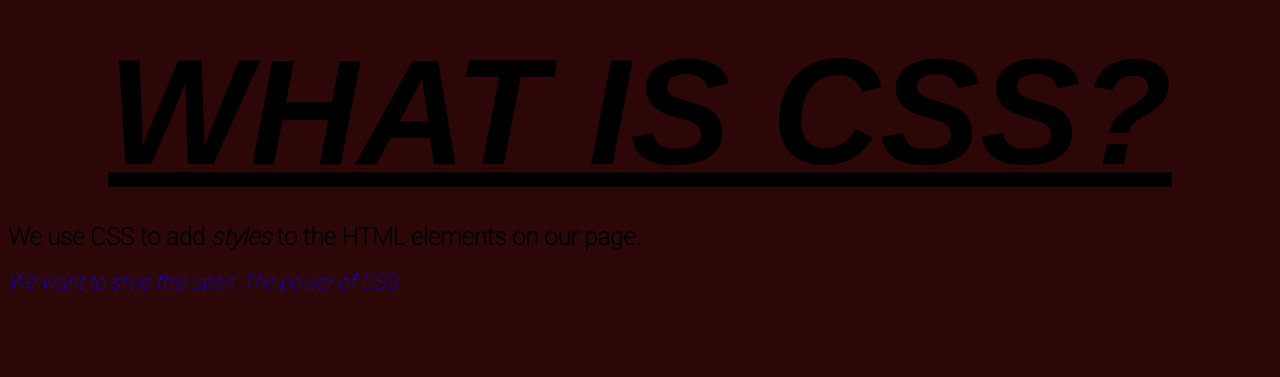
Repository: 3EyEdRav3n/10-2020-cohort-course
Page: week-1/day-3/index.html
The author's editor kept a copy of each file at every save. The page is drawn from the files as they stood at one save, then again after the next save.
The browser window is 1280 px wide. The pictures show the whole page.

Above is the page before, as saved 2020-10-28 22:20:54.

After the next save:
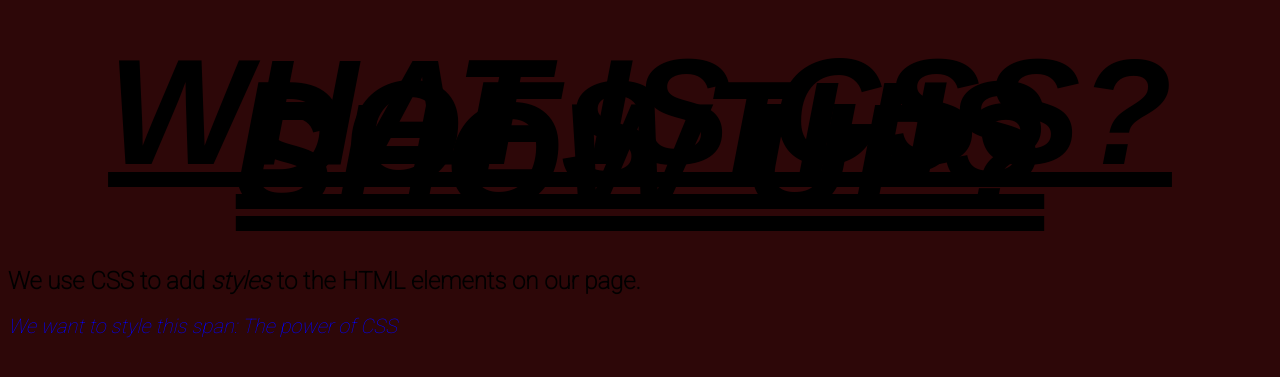
Saved 24 min 49 s later.
--- a/week-1/day-3/index.html
+++ b/week-1/day-3/index.html
@@ -11,7 +11,7 @@
     <title>Document</title>
   </head>
   <body>
-    <h1>What is CSS?</h1>
+    <h1>What is CSS? Does this show up?</h1>
     <h2>We use CSS to add <em>styles</em> to the HTML elements on our page.</h2>
 
     <p>We want to style this span: <span>The power of CSS</span></p>

After the save that followed:
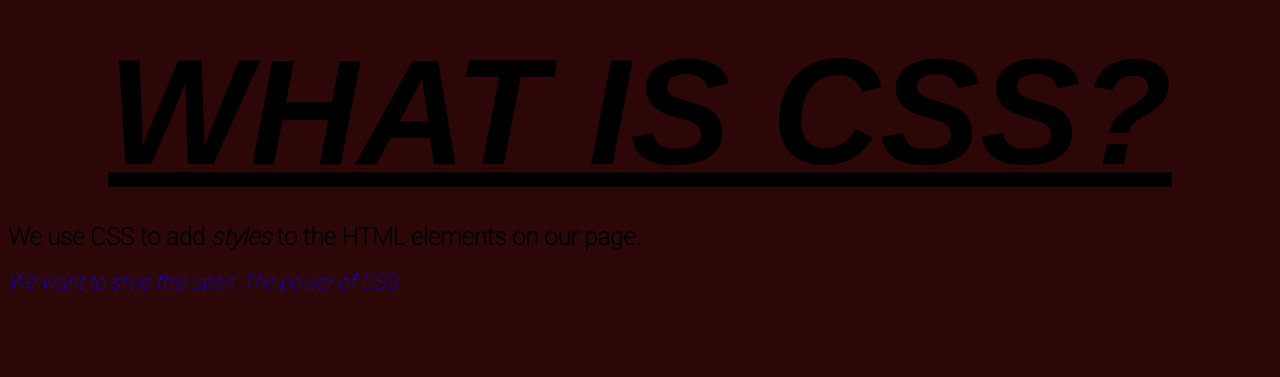
Saved 9 s later.
--- a/week-1/day-3/index.html
+++ b/week-1/day-3/index.html
@@ -11,7 +11,7 @@
     <title>Document</title>
   </head>
   <body>
-    <h1>What is CSS? Does this show up?</h1>
+    <h1>What is CSS?</h1>
     <h2>We use CSS to add <em>styles</em> to the HTML elements on our page.</h2>
 
     <p>We want to style this span: <span>The power of CSS</span></p>
